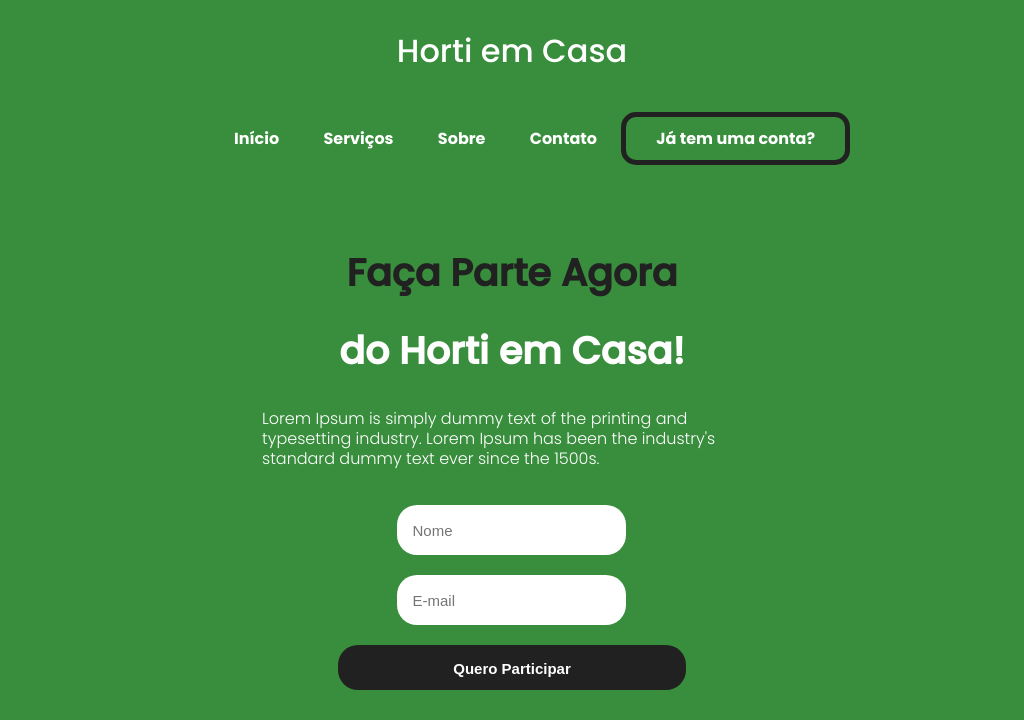
Repository: gabrielcastroo/horti-em-casa
Page: index.html
These files come from the project's save history. The page is drawn as it stood at one moment and after the next save; the edit follows.
The browser window is 1024 px wide. The pictures show the whole page.

Above is the page before, as saved 2022-04-24 18:41:37.

After the next save:
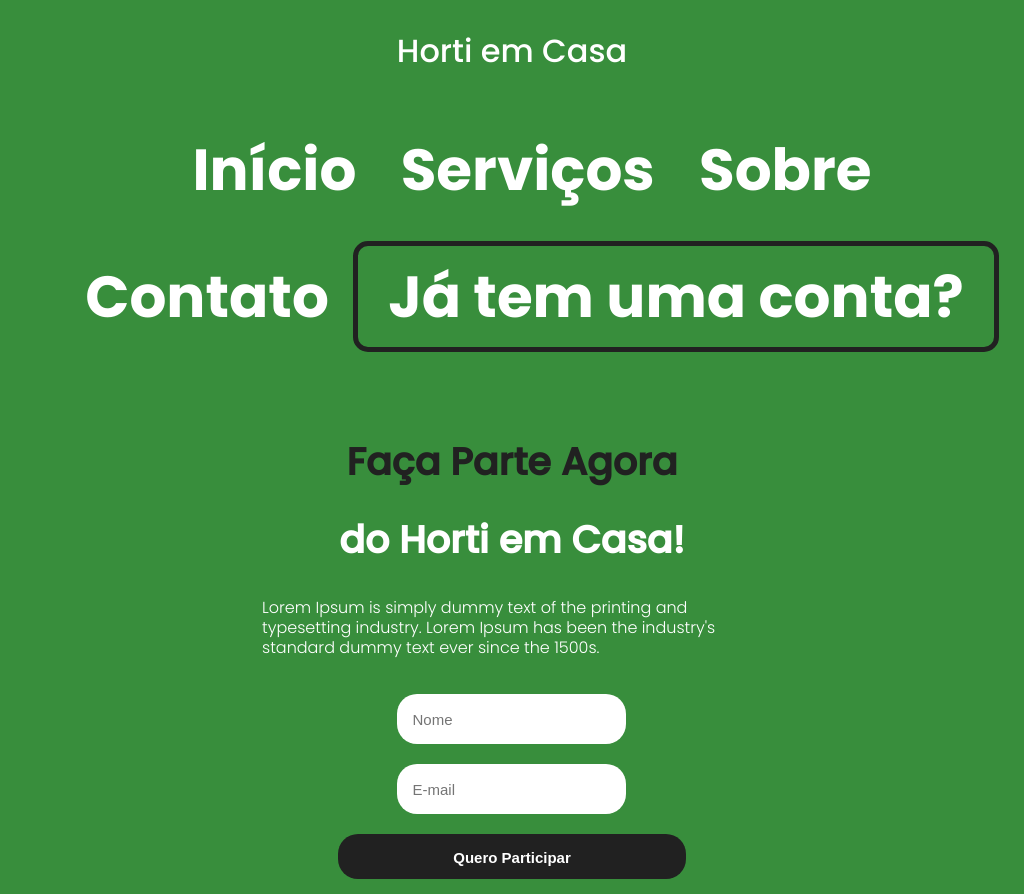
Saved 7 s later.
--- a/styles/media.css
+++ b/styles/media.css
@@ -1,7 +1,7 @@
 @media screen and (max-width: 1148px){
 
     a {
-        font-size: 58;
+        font-size: 58px;
     }
 
     header{
